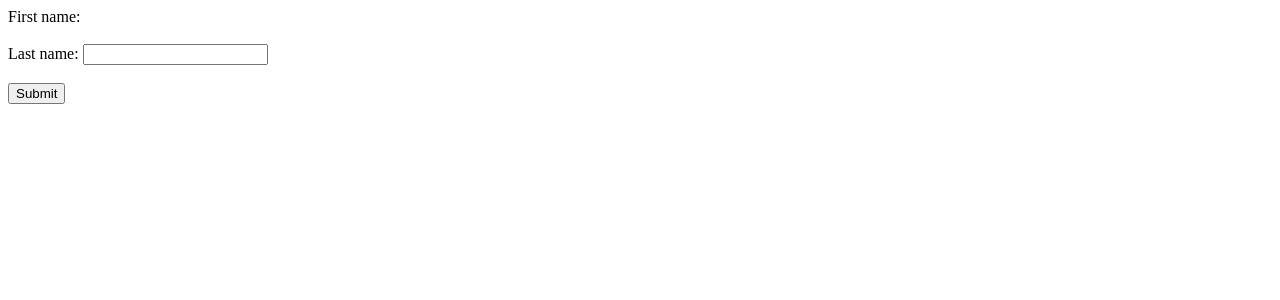
Repository: Thomas85198/SpringTest
Page: http://localhost/spring-mvc-demo/customer/showForm
These files come from the project's save history. The page is drawn as it stood at one moment and after the next save; the edit follows.
The browser window is 1280 px wide. The pictures show the whole page.
The page is served by Tomcat 9. Other server files are loaded and not shown.

Above is the page before, as saved 2020-01-12 12:59:55.

### spring-mvc-demo/WebContent/WEB-INF/view/customer-form.jsp
<%@ taglib prefix="form" uri="http://www.springframework.org/tags/form"%>

<!DOCTYPE html>
<html>
<head>
<title>Customer Registration Form</title>
</head>
<body>
	<form:form action="processForm" modelAttribute="customer">
		First name: <first:input path="firstName" />

		<br><br>

		Last name: <form:input path="lastName"/>
		<form:errors path="lastName" cssClass="error"/>

		<br><br>

		<input type="submit" value="Submit"/>
	</form:form>
</body>

</html>

### spring-mvc-demo/src/com/luv2code/springdemo/mvc/Customer.java
package com.luv2code.springdemo.mvc;

import javax.validation.constraints.NotNull;
import javax.validation.constraints.Size;

public class Customer {

	private String firstName;

	// 加last name限制
	@NotNull(message="is required")
	@Size(min=1)
	private String lastName;


	public String getFirstName() {
		return firstName;
	}

	public void setFirstName(String firstName) {
		this.firstName = firstName;
	}

	public String getLastName() {
		return lastName;
	}

	public void setLastName(String lastName) {
		this.lastName = lastName;
	}


}

After the next save:
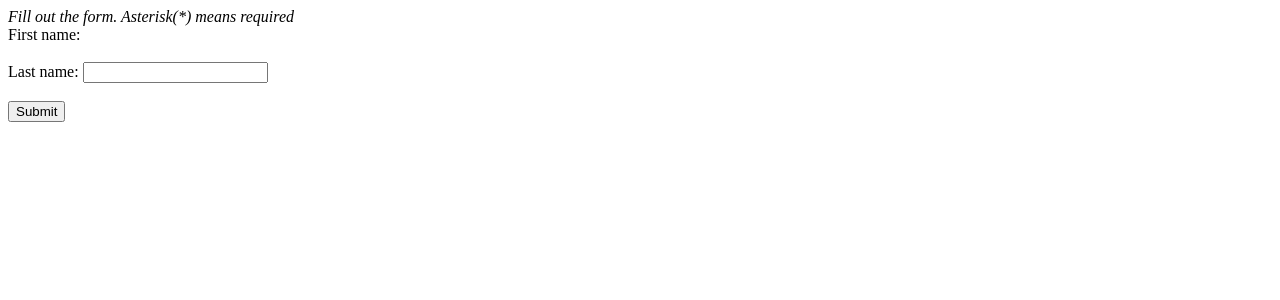
Saved 63 s later.
--- a/spring-mvc-demo/WebContent/WEB-INF/view/customer-form.jsp
+++ b/spring-mvc-demo/WebContent/WEB-INF/view/customer-form.jsp
@@ -6,6 +6,8 @@
 <title>Customer Registration Form</title>
 </head>
 <body>
+
+<i>Fill out the form. Asterisk(*) means required</i>
 	<form:form action="processForm" modelAttribute="customer">
 		First name: <first:input path="firstName" />
 
@@ -17,6 +19,7 @@
 		<br><br>
 
 		<input type="submit" value="Submit"/>
+
 	</form:form>
 </body>
 
